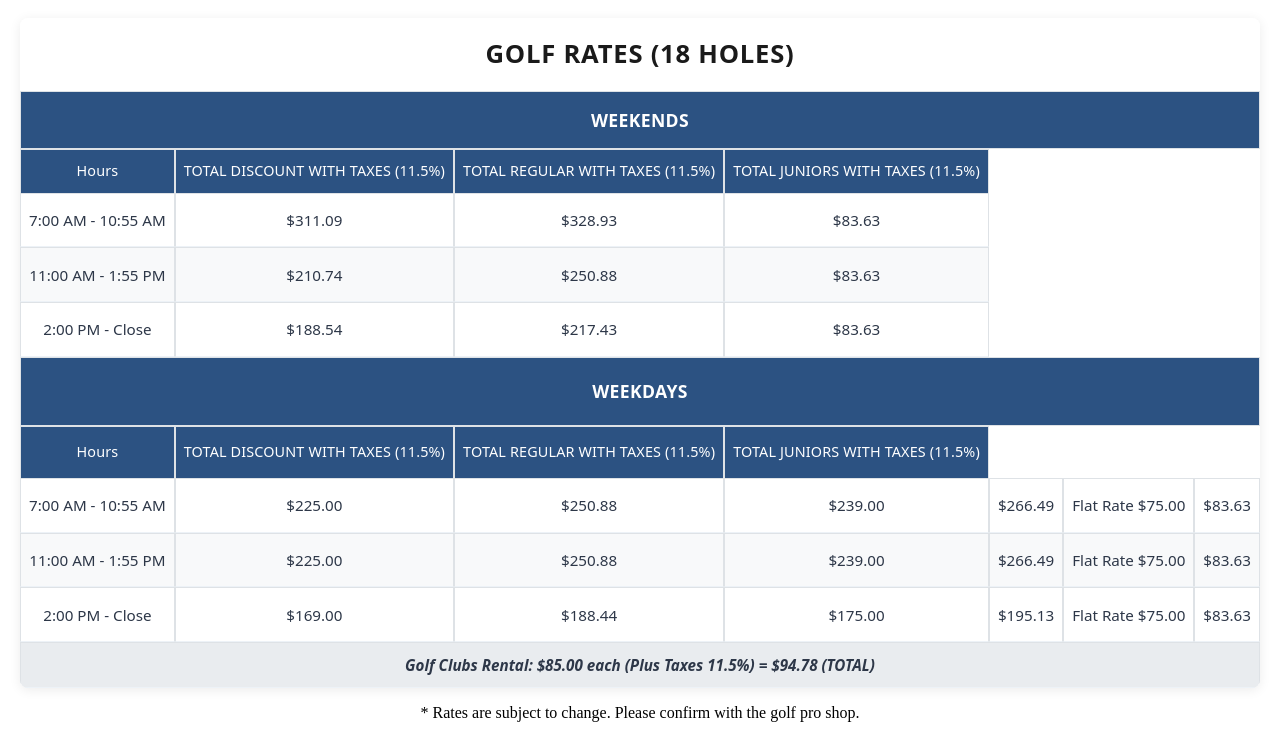
Repository: chvg1968/airphonebook
Page: src/html/pages/golfrates.html
These files come from the project's save history. The page is drawn as it stood at one moment and after the next save; the edit follows.
The browser window is 1280 px wide. The pictures show the whole page.

Above is the page before, as saved 2025-05-09 08:39:24.

### src/html/pages/golfrates.html
<!DOCTYPE html>
<html lang="en">
<head>
    <meta charset="UTF-8">
    <meta name="viewport" content="width=device-width, initial-scale=1.0">
    <title>Golf Rates</title>
    <link rel="stylesheet" href="../../../assets/styles/components/modal.css">
<link rel="stylesheet" href="../../../assets/styles/components/table.css">
    <style>
        .property-content {
            max-width: 100%;
            margin: 0 auto;
            padding: 10px;
            text-align: center;
            height: 100vh;
            display: flex;
            flex-direction: column;
        }
        .table-responsive {
            overflow-x: auto;
            -webkit-overflow-scrolling: touch;
            margin: 0 auto;
            background: #fff;
            border-radius: 8px;
            box-shadow: 0 2px 12px rgba(0,0,0,0.08);
            flex: 1;
            display: flex;
            flex-direction: column;
        }
        table.golfrates-modern {
            width: 100%;
            border-collapse: separate;
            border-spacing: 0;
            font-family: system-ui, -apple-system, 'Segoe UI', Roboto, sans-serif;
            background: #fff;
            margin-bottom: 0;
            flex: 1;
        }
        .golfrates-modern thead th.section-title {
            background: #2c5282;
            font-size: 1.1em;
            color: #ffffff;
            letter-spacing: 0.02em;
            padding: 16px 0;
            font-weight: 600;
            text-transform: uppercase;
        }
        .golfrates-modern th.header-underline {
            background: #2c5282;
            color: #ffffff;
            font-weight: 500;
            border-bottom: none;
            padding: 12px 8px;
            font-size: 0.9em;
            letter-spacing: 0.01em;
            text-align: center;
            white-space: normal;
            line-height: 1.3;
        }
        .golfrates-modern th.header-underline br {
            display: inline;
        }
        .golfrates-modern td {
            padding: 12px 8px;
            text-align: center;
            color: #2d3748;
            font-size: 0.95em;
            border-bottom: 1px solid #edf2f7;
        }
        .golfrates-modern tbody tr:hover td {
            background: #f7fafc;
        }
        @media (max-width: 768px) {
            .property-content {
                padding: 8px;
                height: 100vh;
            }
            .table-responsive {
                margin: 0 -8px;
                border-radius: 0;
                max-height: calc(100vh - 20px);
            }
            .golfrates-modern {
                font-size: 0.9em;
            }
            .golfrates-modern th.header-underline {
                padding: 10px 4px;
                font-size: 0.85em;
                min-width: auto !important;
            }
            .golfrates-modern td {
                padding: 8px 4px;
                font-size: 0.85em;
            }
            .golfrates-modern caption {
                font-size: 1.2em;
                padding: 12px 0 !important;
                position: sticky;
                top: 0;
                background: #fff;
                z-index: 1;
            }
        }
        @media screen and (orientation: landscape) and (max-height: 500px) {
            .property-content {
                height: auto;
                min-height: 100vh;
            }
            .table-responsive {
                max-height: none;
            }
            .golfrates-modern {
                font-size: 0.85em;
            }
            .golfrates-modern th.header-underline,
            .golfrates-modern td {
                padding: 6px 4px;
            }
        }
        @media (max-width: 480px) {
            .golfrates-modern {
                font-size: 0.85em;
            }
            .golfrates-modern th.header-underline {
                padding: 8px 2px;
            }
            .golfrates-modern td {
                padding: 6px 2px;
            }
        }
        .golfrates-modern caption {
            font-size: 1.4em;
            font-weight: 600;
            padding: 20px 0;
            color: #1a1a1a;
            letter-spacing: 0.01em;
            background: #fff;
        }
    </style>
</head>
<body>
    <div class="property-content">
        <div class="table-responsive">
            <table class="golfrates-modern">
            <caption style="font-size:1.6em; font-weight:700; padding:18px 0 10px 0; letter-spacing:0.03em;">GOLF RATES (18 HOLES)</caption>
            <thead>
            <tr>
            <th colspan="8" class="section-title" style="text-align:center;">Weekends</th>
            </tr>
            <tr>
            <th class="header-underline" style="min-width:90px;">Hours</th>
            <th class="header-underline" style="min-width:120px;">TOTAL DISCOUNT WITH TAXES (11.5%)</th>
            <th class="header-underline" style="min-width:120px;">TOTAL REGULAR WITH TAXES (11.5%)</th>
            <th class="header-underline" style="min-width:110px;">TOTAL JUNIORS WITH TAXES (11.5%)</th>
            </tr>
            </thead>
                <tbody>
                  <tr>
                    <td>7:00 AM - 10:55 AM</td>
                    <td>$311.09</td>
                    <td>$328.93</td>
                    <td>$83.63</td>
                  </tr>
                  <tr>
                    <td>11:00 AM - 1:55 PM</td>
                    <td>$210.74</td>
                    <td>$250.88</td>
                    <td>$83.63</td>
                  </tr>
                  <tr>
                    <td>2:00 PM - Close</td>
                    <td>$188.54</td>
                    <td>$217.43</td>
                    <td>$83.63</td>
                  </tr>
                </tbody>
                <thead>
                  <tr>
                    <th colspan="8" class="section-title" style="text-align:center;">Weekdays</th>
                  </tr>
                  <tr>
                    <th class="header-underline">Hours</th>
                    <th class="header-underline">TOTAL DISCOUNT WITH TAXES (11.5%)</th>
                    <th class="header-underline">TOTAL REGULAR WITH TAXES (11.5%)</th>
                    <th class="header-underline">TOTAL JUNIORS WITH TAXES (11.5%)</th>
                  </tr>
                </thead>
                <tbody>
                  <tr>
                    <td>7:00 AM - 10:55 AM</td>
                    <td>$225.00</td>
                    <td>$250.88</td>
                    <td>$239.00</td>
                    <td>$266.49</td>
                    <td>Flat Rate $75.00</td>
                    <td>$83.63</td>
                  </tr>
                  <tr>
                    <td>11:00 AM - 1:55 PM</td>
                    <td>$225.00</td>
                    <td>$250.88</td>
                    <td>$239.00</td>
                    <td>$266.49</td>
                    <td>Flat Rate $75.00</td>
                    <td>$83.63</td>
                  </tr>
                  <tr>
                    <td>2:00 PM - Close</td>
                    <td>$169.00</td>
                    <td>$188.44</td>
                    <td>$175.00</td>
                    <td>$195.13</td>
                    <td>Flat Rate $75.00</td>
                    <td>$83.63</td>
                  </tr>
                </tbody>
                <tfoot>
                  <tr>
                    <td colspan="7">Golf Clubs Rental: $85.00 each (Plus Taxes 11.5%) = $94.78 (TOTAL)</td>
                  </tr>
                </tfoot>
            </table>
        </div>
        <p>* Rates are subject to change. Please confirm with the golf pro shop.</p>
    </div>
</body>
</html>

### assets/styles/components/modal.css
/* Estilos básicos del modal */
.modal {
    display: none !important;
    position: fixed !important;
    z-index: 9999 !important;
    left: 0 !important;
    top: 0 !important;
    width: 100% !important;
    height: 100% !important;
    background-color: rgba(0, 0, 0, 0.9) !important;
    overflow: hidden !important;
    justify-content: center !important;
    align-items: center !important;
}

.modal[style*="display: block"],
.modal[style*="display:block"] {
    display: block !important;
}

/* Contenido del modal */
.modal-content {
    background-color: #fefefe !important;
    margin: 2% auto !important;
    padding: 15px !important;
    border: 1px solid #888 !important;
    border-radius: 8px !important;
    width: 90% !important;
    max-width: 900px !important;
    max-height: 90vh !important;
    overflow-y: auto !important;
    position: relative !important;
    animation: modalFadeIn 0.3s !important;
    box-shadow: 0 4px 8px rgba(0, 0, 0, 0.1) !important;
}

/* Estilos responsive para el modal */
@media screen and (max-width: 768px) {
    .modal-content {
        margin: 0 auto !important;
        padding: 12px !important;
        width: 95% !important;
        max-height: 95vh !important;
        border-radius: 0 !important;
    }

    #golfRatesModal .modal-content {
        padding: 8px !important;
    }

    #golfRatesModal h2 {
        font-size: 1.3em !important;
        margin: 8px 0 !important;
    }

    #golfRatesModal p,
    #golfRatesModal li {
        font-size: 0.95em !important;
        line-height: 1.3 !important;
    }

    .modal-content table {
        font-size: 0.9em !important;
    }

    .modal-content th,
    .modal-content td {
        padding: 4px 6px !important;
    }
}

/* Ajustes adicionales para pantallas muy pequeñas */
@media screen and (max-width: 480px) {
    .modal-content {
        margin: 0 !important;
        width: 100% !important;
        height: 100vh !important;
        max-height: 100vh !important;
    }

    #golfRatesModal h2 {
        font-size: 1.2em !important;
    }

    #golfRatesModal p,
    #golfRatesModal li {
        font-size: 0.9em !important;
    }

    .modal-content table {
        font-size: 0.85em !important;
    }

    .modal-content th,
    .modal-content td {
        padding: 3px 4px !important;
    }
}

/* Estilos específicos para el modal de Golf Rates */
#golfRatesModal .modal-content {
    padding: 10px !important;
}

/* Estilos para el mapa y controles de zoom */
.zoom-controls {
    position: fixed !important;
    bottom: 20px !important;
    right: 20px !important;
    display: flex !important;
    gap: 10px !important;
    z-index: 1001 !important;
}

.zoom-btn {
    background: white !important;
    border: none !important;
    border-radius: 50% !important;
    width: 40px !important;
    height: 40px !important;
    font-size: 24px !important;
    cursor: pointer !important;
    display: flex !important;
    align-items: center !important;
    justify-content: center !important;
    box-shadow: 0 2px 5px rgba(0,0,0,0.2) !important;
    transition: all 0.2s ease !important;
}

.zoom-btn:hover {
    background: #f0f0f0 !important;
    transform: scale(1.1) !important;
}

.zoom-btn:active {
    transform: scale(0.95) !important;
}

.panzoom {
    max-width: none !important;
    max-height: none !important;
    width: auto !important;
    height: auto !important;
    transform-origin: center !important;
    will-change: transform !important;
    transition: transform 0.1s ease-out !important;
    min-width: 100% !important;
    min-height: 100% !important;
}

.map-instructions {
    text-align: center !important;
    color: #666 !important;
    margin-bottom: 15px !important;
    font-style: italic !important;
    transition: opacity 0.5s ease !important;
}

.map-instructions.fade {
    opacity: 0 !important;
}

#golfRatesModal h2 {
    margin: 10px 0 !important;
    font-size: 1.5em !important;
}

#golfRatesModal p {
    margin: 5px 0 !important;
    line-height: 1.4 !important;
}

#golfRatesModal ul {
    margin: 5px 0 !important;
    padding-left: 20px !important;
}

#golfRatesModal li {
    margin: 3px 0 !important;
}

/* Estilo para tablas en modales */
.modal-content table {
    width: 100% !important;
    margin: 10px 0 !important;
    border-collapse: collapse !important;
}

.modal-content th,
.modal-content td {
    padding: 5px 8px !important;
    border: 1px solid #ddd !important;
    font-size: 0.95em !important;
}

@keyframes modalFadeIn {
    from {opacity: 0; transform: translateY(-20px);}
    to {opacity: 1; transform: translateY(0);}
}

/* Botón de cerrar */
.close {
    color: #aaa;
    float: right;
    font-size: 28px;
    font-weight: bold;
    cursor: pointer;
}

.close:hover,
.close:focus {
    color: black;
    text-decoration: none;
    cursor: pointer;
}

.modal-header {
    display: flex;
    justify-content: flex-end;
    margin-bottom: 15px;
    background-color: transparent;
}

/* Estilos para la tabla de tarifas de golf */
.table-responsive {
    overflow-x: auto;
    margin: 20px 0;
    border-radius: 8px;
    box-shadow: 0 2px 4px rgba(0,0,0,0.1);
}

.table-responsive table {
    width: 100%;
    min-width: 800px;
    border-collapse: collapse;
    background-color: white;
}

.table-responsive caption {
    font-size: 1.2em;
    font-weight: bold;
    padding: 15px;
    background-color: #007bff;
    color: white;
    text-transform: uppercase;
}

.table-responsive th {
    background-color: #f8f9fa;
    color: #333;
    font-weight: 600;
    text-align: center;
    padding: 12px;
    border: 1px solid #dee2e6;
}

.table-responsive td {
    padding: 12px;
    border: 1px solid #dee2e6;
    text-align: center;
}

.table-responsive tbody tr:nth-child(even) {
    background-color: #f8f9fa;
}

.table-responsive tbody tr:hover {
    background-color: #f2f2f2;
}

.table-responsive tfoot td {
    background-color: #e9ecef;
    font-weight: bold;
}

.rates-note {
    font-style: italic;
    color: #666;
    margin-top: 15px;
    text-align: center;
}

.modal-content {
    padding: 30px;
}

.modal-content h2 {
    color: #333;
    margin-bottom: 25px;
    font-size: 24px;
    border-bottom: 2px solid #007bff;
    padding-bottom: 10px;
}

.modal-content .info-section {
    margin-bottom: 25px;
    padding: 20px;
    background-color: #f8f9fa;
    border-radius: 8px;
    box-shadow: 0 2px 4px rgba(0,0,0,0.05);
}

.modal-content .info-section h3 {
    color: #007bff;
    margin-bottom: 15px;
    font-size: 18px;
}

.modal-content .info-section p {
    line-height: 1.6;
    color: #555;
    margin-bottom: 15px;
}

.modal-content .info-section ul {
    list-style-type: none;
    padding-left: 20px;
}

.modal-content .info-section ul li {
    margin-bottom: 10px;
    position: relative;
    padding-left: 20px;
    line-height: 1.4;
}

.modal-content .info-section ul li:before {
    content: '•';
    color: #007bff;
    position: absolute;
    left: 0;
    top: 0;
}

.modal-content .info-section.warning {
    background-color: #fff3cd;
    border: 1px solid #ffeeba;
}

.modal-content .info-section.warning h3 {
    color: #856404;
}

.modal-content .warning-text {
    color: #dc3545;
    font-weight: 500;
    margin-top: 15px;
    padding: 10px;
    background-color: rgba(220, 53, 69, 0.1);
    border-radius: 4px;
}

.view-more-btn {
    display: inline-flex;
    align-items: center;
    gap: 8px;
    background-color: #007bff;
    color: white;
    border: none;
    padding: 8px 16px;
    border-radius: 4px;
    cursor: pointer;
    font-size: 14px;
    margin-top: 8px;
    transition: background-color 0.3s ease;
}

.view-more-btn:hover {
    background-color: #0056b3;
}

.view-more-btn i {
    font-size: 16px;
}

.modal-close {
    background: none;
    border: none;
    font-size: 24px;
    cursor: pointer;
    color: #030303;
    transition: color 0.2s;
}

.modal-close:hover {
    color: #fd098b;
}

.modal-title {
    text-align: center;
    margin-bottom: 15px;
    font-size: 1.5rem;
    color: #333;
    font-weight: bold;
}

.modal-content {
    max-height: 70vh;
    overflow-y: auto;
}

.modal-body {
    font-size: 16px;
    line-height: 1.6;
    color: #333;
    text-align: center;
    padding: 20px;
}

.modal-body .property-content {
    max-width: 800px;
    margin: 0 auto;
}

.modal-body .info-section {
    margin-bottom: 20px;
}

.modal-body .info-section:last-child {
    margin-bottom: 0;
}

.modal-body .info-section h3 {
    color: #fd098b;
    margin-bottom: 10px;
    font-size: 1.2rem;
}

.modal-body p,
.modal-body ul {
    color: #333;
    font-size: 16px;
    line-height: 1.6;
}

.modal-body .info-list {
    padding-left: 20px;
    margin: 0;
    padding: 0;
    list-style-type: none;
}

.modal-body .info-list li {
    list-style-type: none;
    padding: 8px 16px;
    border-bottom: 1px solid #edf2f7;
    margin: 0;
    position: relative;
}

.modal-body .info-list li::before {
    content: '';
    position: absolute;
    left: 0;
    top: 50%;
    transform: translateY(-50%);
    width: 4px;
    height: 4px;
    border-radius: 50%;
    background-color: #718096;
    margin-right: 8px;
}

.modal-body .warning .info-list li::before {
    background-color: #856404;
}

.modal-body .info-list li:last-child {
    border-bottom: none;
    padding-bottom: 0;
}

.modal-body .warning {
    background-color: #fff3cd;
    border-left: 4px solid #ffc107;
    padding: 25px;
    margin-top: 15px;
}

.modal-body .warning-text {
    color: #856404;
    font-weight: bold;
}

/* Estilos para el scrollbar */
.modal-content::-webkit-scrollbar {
    width: 8px;
}

.modal-content::-webkit-scrollbar-track {
    background: #f1f1f1;
    border-radius: 4px;
}

.modal-content::-webkit-scrollbar-thumb {
    background: #cbd5e0;
    border-radius: 4px;
}

.modal-content::-webkit-scrollbar-thumb:hover {
    background: #a0aec0;
}

/* Estilos para enlaces dentro del modal */
.modal-body a {
    color: #4299e1;
    text-decoration: none;
    transition: color 0.2s ease;
}

.modal-body a:hover {
    color: #2b6cb0;
    text-decoration: underline;
}

/* Estilos para el contenido del Kids Club */
.modal-body .info-section h3 {
    color: #2d3748;
    font-size: 1.1rem;
    margin: 0 0 12px 0;
    font-weight: 600;
}

.modal-body .info-section p {
    margin: 0 0 16px 0;
}

/* Estilos para el modal del mapa */

.modal {
    display: none;
    position: fixed;
    z-index: 1000;
    left: 0;
    top: 0;
    width: 100%;
    height: 100%;
    background-color: rgba(0, 0, 0, 0.7);
}

.modal-content {
    position: relative;
    background-color: #fefefe;
    margin: 5% auto;
    padding: 20px;
    border: 1px solid #888;
    width: 80%;
    max-width: 800px;
    border-radius: 8px;
    box-shadow: 0 4px 6px rgba(0, 0, 0, 0.1);
}

.close {
    position: absolute;
    right: 20px;
    top: 10px;
    color: #aaa;
    font-size: 28px;
    font-weight: bold;
    cursor: pointer;
}

.close:hover,
.close:focus {
    color: black;
    text-decoration: none;
    cursor: pointer;
}

.map-container {
    position: relative;
    width: 100%;
    height: calc(100% - 60px);
    margin-top: 15px;
    overflow: hidden;
    background: #f5f5f5;
    display: flex;
    align-items: center;
    justify-content: center;
    -webkit-overflow-scrolling: touch;
    cursor: grab;
    touch-action: none; /* Permite gestos personalizados */
}

.map-wrapper {
    width: 100%;
    overflow: auto;
    -webkit-overflow-scrolling: touch; /* Scroll suave en iOS */
    position: relative;
    max-height: 70vh;
}

.map-image {
    width: 100%;
    height: auto;
    transform-origin: center;
    transition: transform 0.3s ease;
    cursor: move;
    touch-action: pinch-zoom; /* Habilita zoom con gestos */
    -webkit-user-select: none;
    user-select: none;
}

.map-controls {
    position: absolute;
    bottom: 20px;
    right: 20px;
    display: flex;
    gap: 10px;
    background: rgba(255, 255, 255, 0.9);
    padding: 8px;
    border-radius: 8px;
    box-shadow: 0 2px 4px rgba(0, 0, 0, 0.2);
}

.zoom-btn {
    width: 40px;
    height: 40px;
    border: none;
    border-radius: 50%;
    background: white;
    color: #4a90e2;
    cursor: pointer;
    display: flex;
    align-items: center;
    justify-content: center;
    font-size: 18px;
    box-shadow: 0 2px 4px rgba(0, 0, 0, 0.1);
    transition: all 0.2s ease;
}

.zoom-btn:hover {
    background: #4a90e2;
    color: white;
}

.property-actions {
    display: flex;
    gap: 15px;
    margin-top: 15px;
}

.view-map-btn {
    display: flex;
    align-items: center;
    gap: 8px;
    padding: 8px 16px;
    background-color: #4a90e2;
    color: white;
    border: none;
    border-radius: 4px;
    cursor: pointer;
    font-size: 16px;
    transition: background-color 0.3s;
}

.view-map-btn:hover {
    background-color: #357abd;
}

.modal h2 {
    margin-top: 0;
    color: #333;
    font-size: 24px;
}

/* Estilos responsive */
@media (max-width: 768px) {
    .modal-container {
        width: 95%;
        margin: 0 auto;
    }

    .modal-header {
        padding: 16px 20px;
    }

    .modal-content {
        padding: 20px;
    }

    .modal-body {
        font-size: 13px;
        padding: 0 16px;
    }

    .modal-body .info-section h3 {
        font-size: 1rem;
    }
}

@media (max-width: 768px) {
    .modal-content {
        width: 95%;
        margin: 2% auto;
        padding: 15px;
    }

    .map-wrapper {
        max-height: 80vh;
    }

    .map-controls {
        bottom: 10px;
        right: 10px;
    }

    .zoom-btn {
        width: 36px;
        height: 36px;
        font-size: 16px;
    }
}

### assets/styles/components/table.css
table {
    border-collapse: collapse;
    width: 100%;
    font-family: sans-serif;
    margin-bottom: 20px;
  }

  caption {
    font-size: 1.2em;
    font-weight: bold;
    margin-bottom: 10px;
    color: #333;
  }

  thead tr {
    background-color: #ffcc80; /* Light orange for header background */
    color: #000; /* Black for header text */
  }

  th, td {
    padding: 10px 15px;
    text-align: left;
    border-bottom: 1px solid #ddd; /* Light grey bottom border for rows */
  }

  th {
    font-weight: bold;
  }

  tbody tr:nth-child(even) {
    background-color: #f9f9f9; /* Very light grey for even rows for subtle contrast */
  }

  tfoot td {
    padding: 10px 15px;
    text-align: left;
    font-style: italic;
    border-top: 1px solid #ddd; /* Light grey top border for footer */
  }

After the next save:
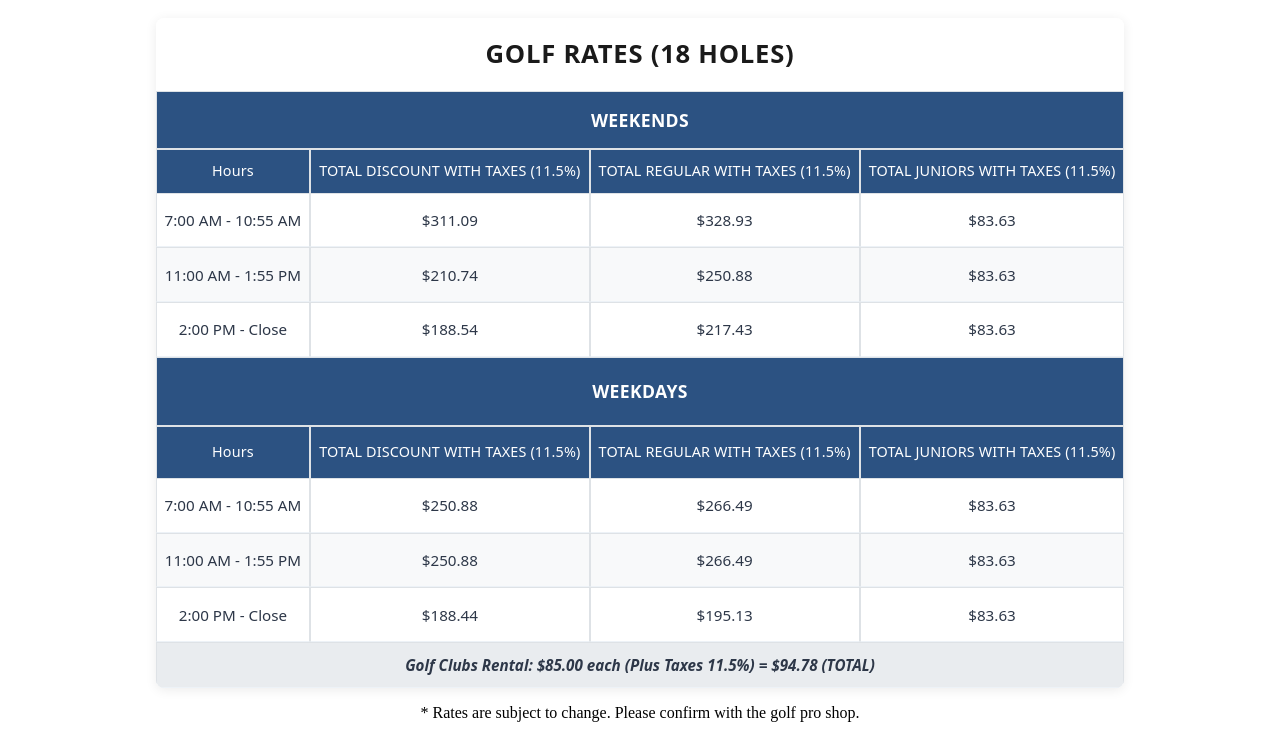
Saved 33 s later.
--- a/src/html/pages/golfrates.html
+++ b/src/html/pages/golfrates.html
@@ -188,29 +188,20 @@
                 <tbody>
                   <tr>
                     <td>7:00 AM - 10:55 AM</td>
-                    <td>$225.00</td>
                     <td>$250.88</td>
-                    <td>$239.00</td>
                     <td>$266.49</td>
-                    <td>Flat Rate $75.00</td>
                     <td>$83.63</td>
                   </tr>
                   <tr>
                     <td>11:00 AM - 1:55 PM</td>
-                    <td>$225.00</td>
                     <td>$250.88</td>
-                    <td>$239.00</td>
                     <td>$266.49</td>
-                    <td>Flat Rate $75.00</td>
                     <td>$83.63</td>
                   </tr>
                   <tr>
                     <td>2:00 PM - Close</td>
-                    <td>$169.00</td>
                     <td>$188.44</td>
-                    <td>$175.00</td>
                     <td>$195.13</td>
-                    <td>Flat Rate $75.00</td>
                     <td>$83.63</td>
                   </tr>
                 </tbody>
